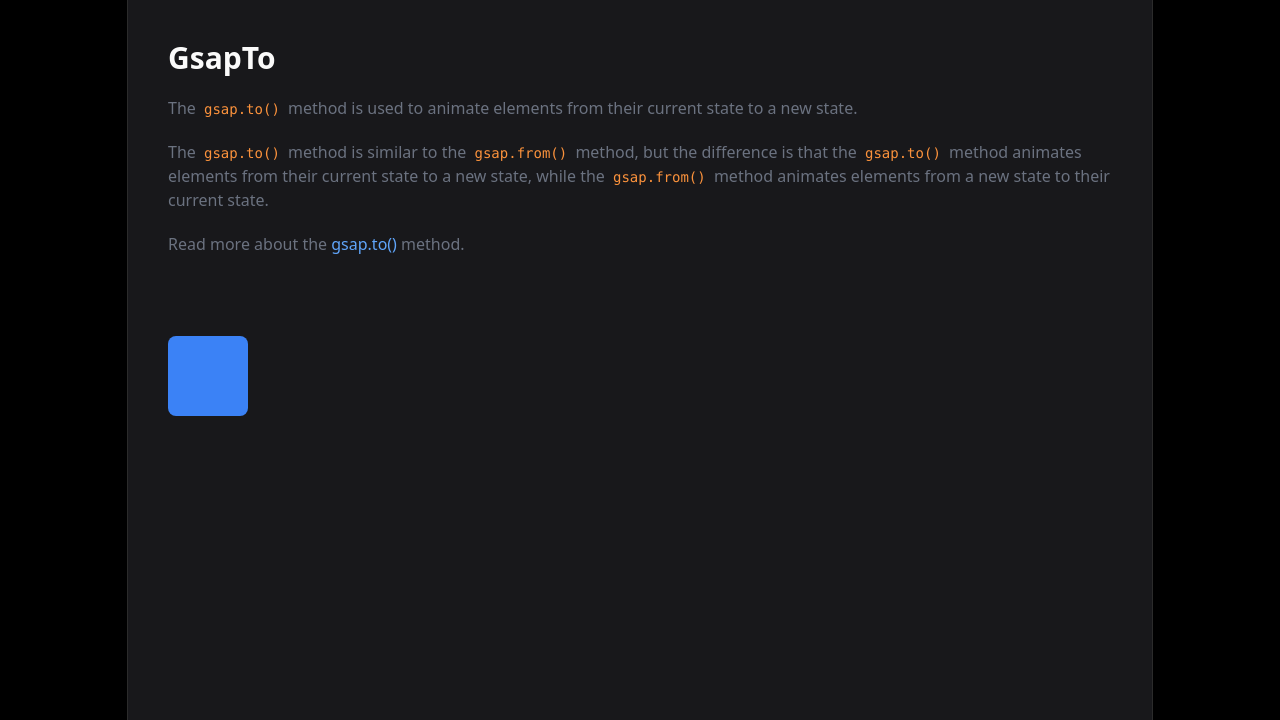
Repository: mgoyeghiaian/gsap-Starter
Page: /gsapto
These files come from the project's save history. The page is drawn as it stood at one moment and after the next save; the edit follows.
The browser window is 1280 px wide. The pictures show the whole page.
The project was rebuilt for these pictures with package versions that can differ from the ones it lists, and the page was loaded fresh each time. Also part of the build but not shown: vite.config.js, src/pages/Home.jsx, src/pages/GsapFrom.jsx, src/pages/GsapFromTo.jsx, src/pages/GsapStagger.jsx, src/pages/GsapTimeline.jsx, src/pages/GsapScrollTrigger.jsx, src/pages/GsapText.jsx.

Above is the page before, as saved 2024-03-17 23:06:12.

### src/pages/GsapTo.jsx
import { useGSAP } from "@gsap/react";
import gsap from "gsap";

const GsapTo = () => {
  // TODO: Implement the gsap.to() method
useGSAP(()=>{
  gsap.to('#blue-box',{

  })
},[])
  return (
    <main>
      <h1>GsapTo</h1>

      <p className="mt-5 text-gray-500">
        The <code>gsap.to()</code> method is used to animate elements from their
        current state to a new state.
      </p>
      <p className="mt-5 text-gray-500">
        The <code>gsap.to()</code> method is similar to the{" "}
        <code>gsap.from()</code> method, but the difference is that the{" "}
        <code>gsap.to()</code> method animates elements from their current state
        to a new state, while the <code>gsap.from()</code> method animates
        elements from a new state to their current state.
      </p>

      <p className="mt-5 text-gray-500">
        Read more about the{" "}
        <a
          href="https://greensock.com/docs/v3/GSAP/gsap.to()"
          target="_blank"
          rel="noreferrer noopener nofollow"
        >
          gsap.to()
        </a>{" "}
        method.
      </p>

      <div className="mt-20">
        <div id="blue-box" className="w-20 h-20 bg-blue-500 rounded-lg" />
      </div>
    </main>
  );
};

export default GsapTo;

Loaded but not shown: index.html (common file); src/main.jsx (common file); src/App.jsx (common file); src/index.css (common file); src/pages/index.jsx (common file); tailwind.config.js (common file)

After the next save:
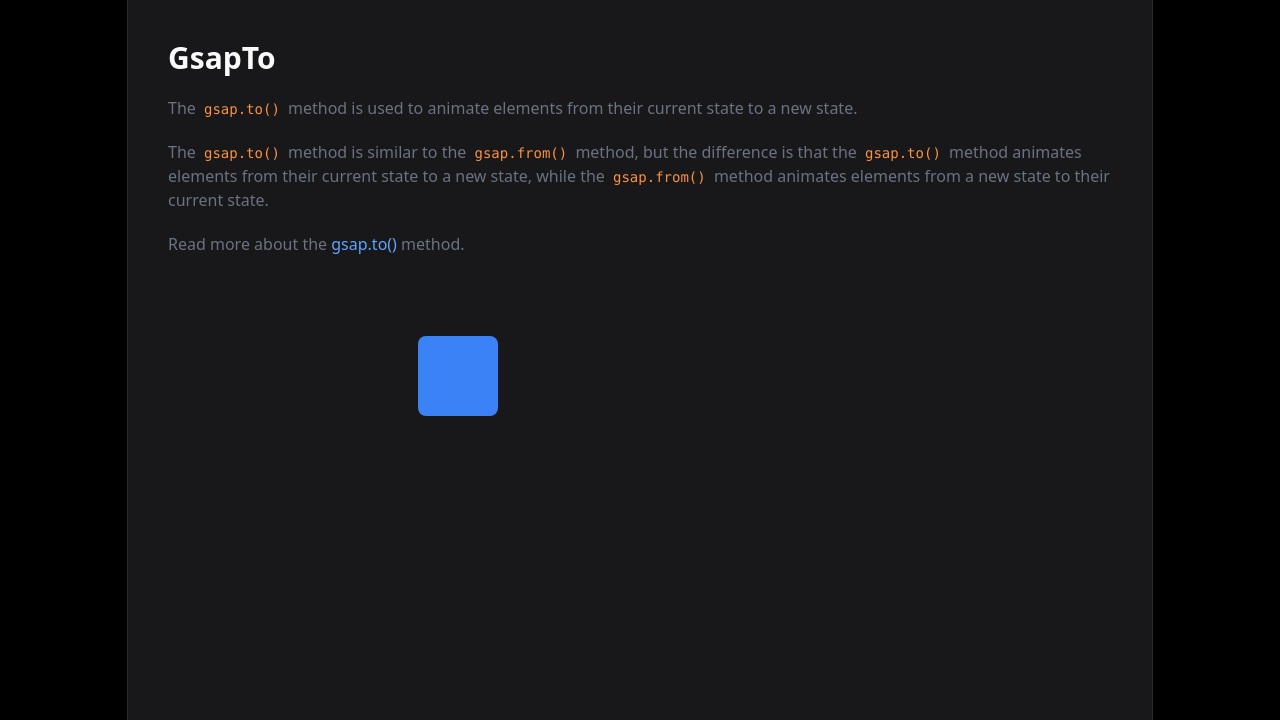
Saved 8 s later.
--- a/src/pages/GsapTo.jsx
+++ b/src/pages/GsapTo.jsx
@@ -3,11 +3,11 @@
 
 const GsapTo = () => {
   // TODO: Implement the gsap.to() method
-useGSAP(()=>{
-  gsap.to('#blue-box',{
-
-  })
-},[])
+  useGSAP(() => {
+    gsap.to('#blue-box', {
+      x: 250,
+    })
+  }, [])
   return (
     <main>
       <h1>GsapTo</h1>
